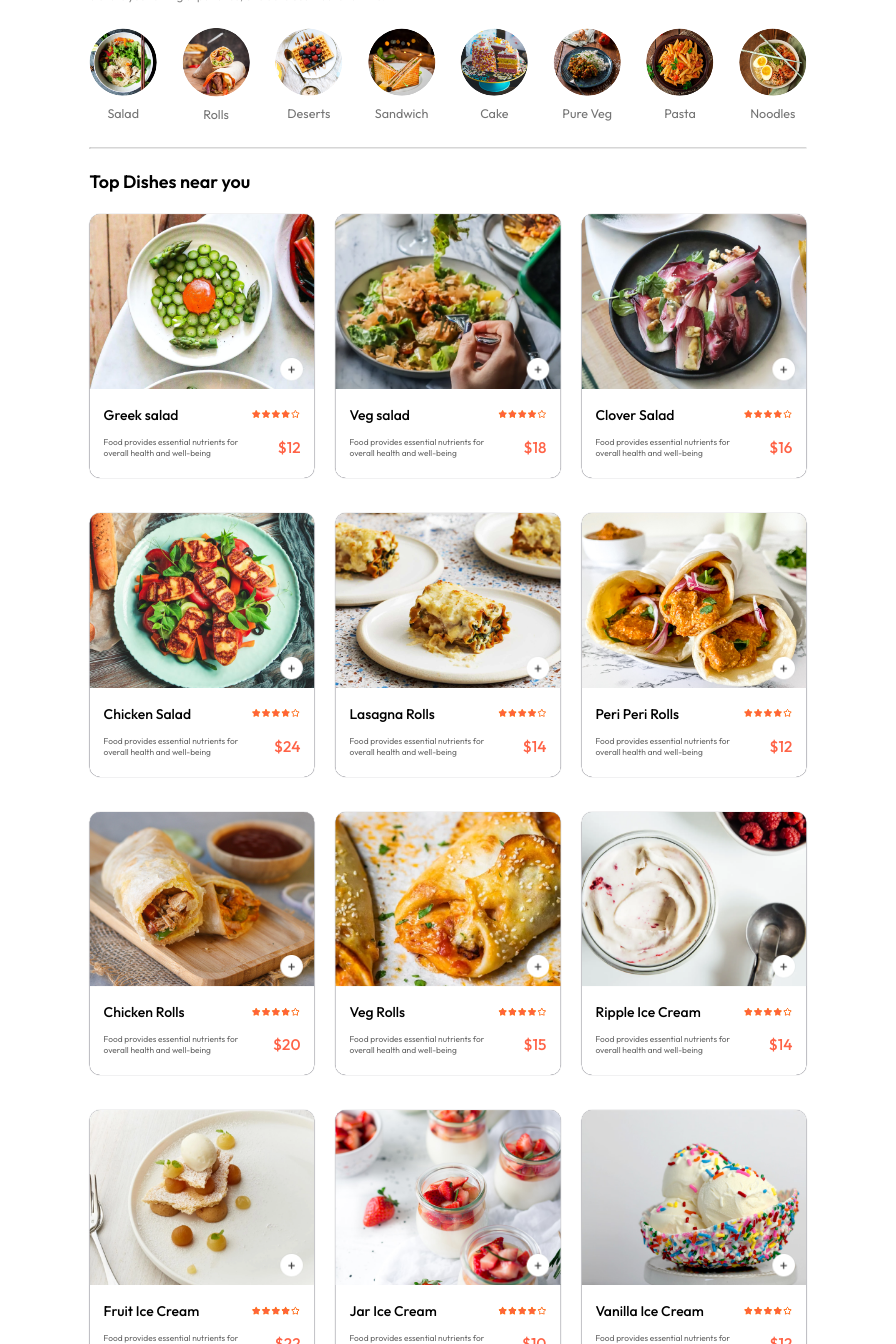
Repository: guilhermecardoso93/tomato-front-end
Page: /
The author's editor kept a copy of each file at every save. The page is drawn from the files as they stood at one save, then again after the next save.
The browser window is 1280 px wide. The pictures show the part of the page from y = 687 to 2607 px (the page is 6035 px tall), at 70% of full size.
The project was rebuilt for these pictures with package versions that can differ from the ones it lists, and the page was loaded fresh each time. Also part of the build but not shown: vite.config.js, src/pages/Cart/styles.css, src/pages/Cart/index.jsx, src/pages/PlaceOrder/styles.css, src/pages/PlaceOrder/index.jsx.

Above is the page before, as saved 2024-10-31 18:58:10.

After the next save:
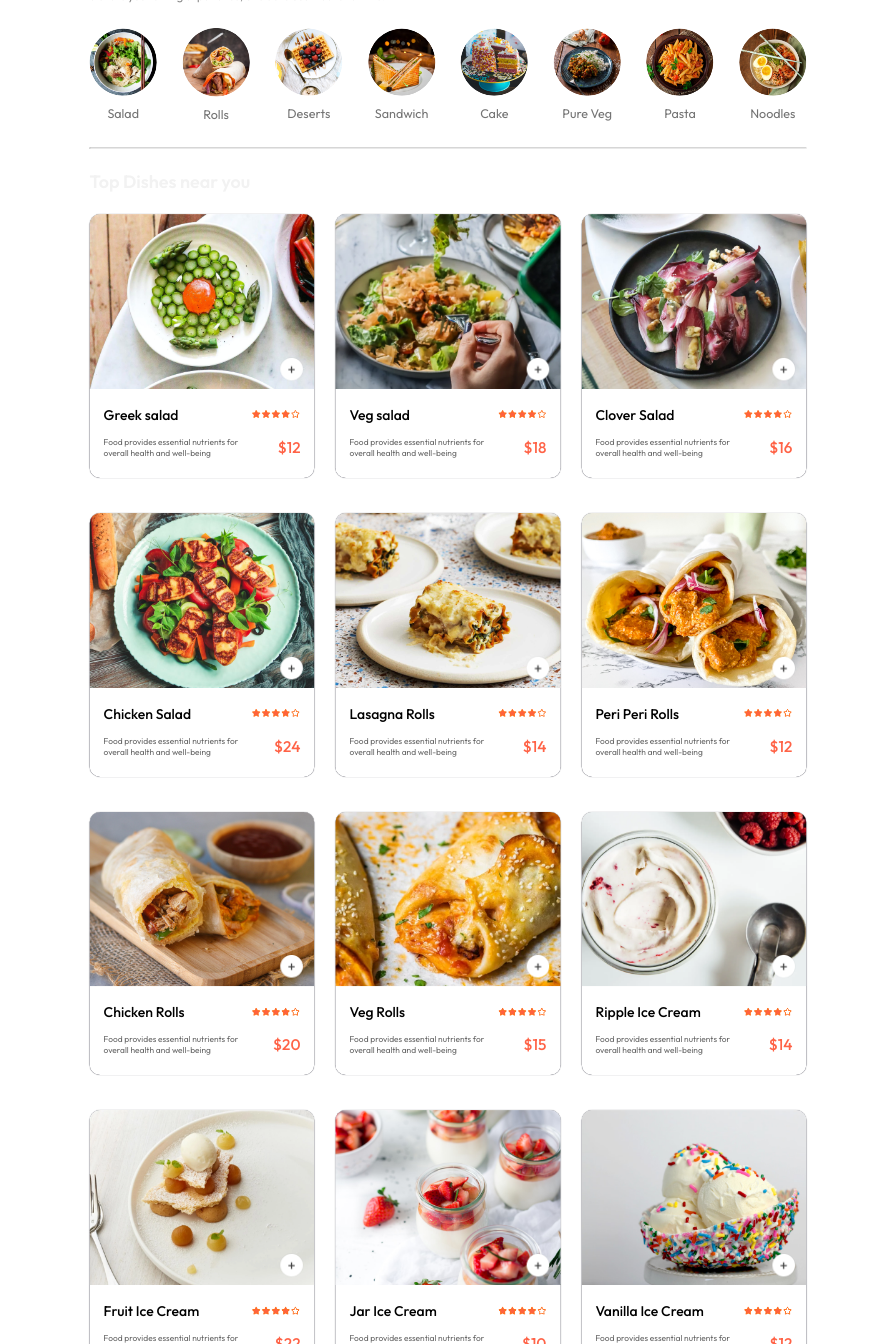
Saved 43 s later.
--- a/src/components/Footer/styles.css
+++ b/src/components/Footer/styles.css
@@ -27,3 +27,7 @@ li {
   list-style: none;
   margin-bottom: 10px;
 }
+
+h2 {
+  color: #f2f2f2;
+}
